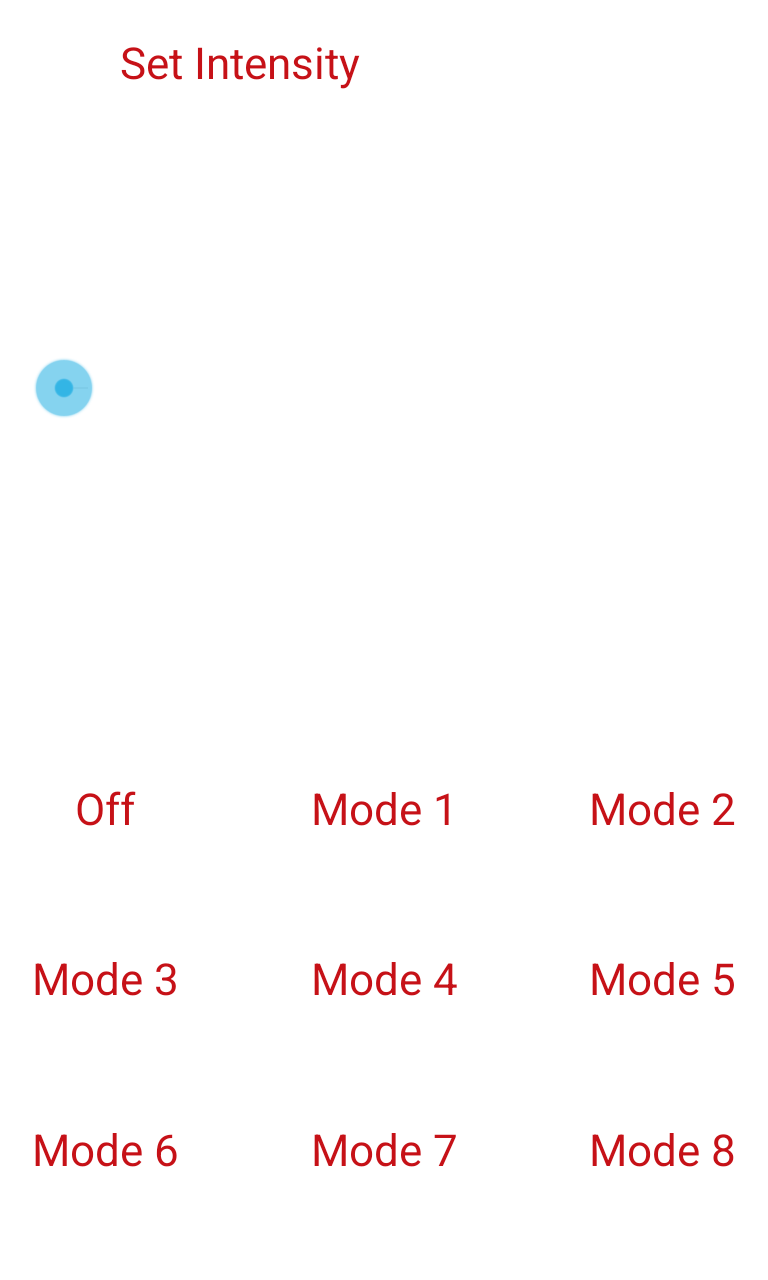
Repository: DigitasLabsParis/UnicornHorn
Layout: AndroidApp/UnicHorn/res/layout/activity_main.xml
The author's editor kept a copy of each file at every save. The layout is drawn from the files as they stood at one save, then again after the next save.
It is drawn on a 768 x 1280 px phone screen (xhdpi) without system bars, with theme AppTheme; the app's code is not run.

Above is the layout before, as saved 2015-01-06 15:38:36.

### AndroidApp/UnicHorn/res/layout/activity_main.xml
<RelativeLayout xmlns:android="http://schemas.android.com/apk/res/android"
    xmlns:tools="http://schemas.android.com/tools"
    android:layout_width="match_parent"
    android:layout_height="match_parent"
    android:paddingBottom="@dimen/activity_vertical_margin"
    android:paddingLeft="@dimen/activity_horizontal_margin"
    android:paddingRight="@dimen/activity_horizontal_margin"
    android:paddingTop="@dimen/activity_vertical_margin"
    tools:context="com.digitaslabsparis.unichorn.MainActivity" >

    <GridLayout
        android:layout_width="fill_parent"
        android:layout_height="200dp"
        android:layout_alignParentTop="true"
        android:columnCount="2"
    	android:rowCount="1" >

        <SeekBar
	        android:id="@+id/seekBar1"
	        android:layout_column="0"
            android:layout_row="0"
	        android:layout_marginTop="162dp" />

         <TextView
             android:id="@+id/textView0"
             android:layout_column="1"
             android:layout_row="0"
             android:gravity="center"
             android:text="Set Intensity"
             android:textAppearance="?android:attr/textAppearanceLarge"
             android:textColor="#C61117" />

    </GridLayout>

    <GridLayout
        android:layout_width="fill_parent"
        android:layout_height="200dp"
        android:layout_alignParentBottom="true"
        android:layout_centerHorizontal="true"
        android:layout_marginBottom="35dp"
        android:columnCount="3"
        android:rowCount="3" >

        <TextView
            android:id="@+id/textView1"
            android:layout_column="0"
            android:layout_gravity="fill"
            android:layout_row="0"
            android:gravity="center"
            android:text="Off"
            android:textAppearance="?android:attr/textAppearanceLarge"
            android:textColor="#C61117" />

        <TextView
            android:id="@+id/textView2"
            android:layout_column="1"
            android:layout_gravity="fill"
            android:layout_row="0"
            android:gravity="center"
            android:text="Mode 1"
            android:textAppearance="?android:attr/textAppearanceLarge"
            android:textColor="#C61117" />

        <TextView
            android:id="@+id/textView3"
            android:layout_column="2"
            android:layout_gravity="fill"
            android:layout_row="0"
            android:gravity="center"
            android:text="Mode 2"
            android:textAppearance="?android:attr/textAppearanceLarge"
            android:textColor="#C61117" />

        <TextView
            android:id="@+id/textView4"
            android:layout_column="0"
            android:layout_gravity="fill"
            android:layout_row="1"
            android:gravity="center"
            android:text="Mode 3"
            android:textAppearance="?android:attr/textAppearanceLarge"
            android:textColor="#C61117" />

        <TextView
            android:id="@+id/textView5"
            android:layout_column="1"
            android:layout_gravity="fill"
            android:layout_row="1"
            android:gravity="center"
            android:text="Mode 4"
            android:textAppearance="?android:attr/textAppearanceLarge"
            android:textColor="#C61117" />

        <TextView
            android:id="@+id/textView6"
            android:layout_column="2"
            android:layout_gravity="fill"
            android:layout_row="1"
            android:gravity="center"
            android:text="Mode 5"
            android:textAppearance="?android:attr/textAppearanceLarge"
            android:textColor="#C61117" />

        <TextView
            android:id="@+id/textView7"
            android:layout_column="0"
            android:layout_gravity="fill"
            android:layout_row="2"
            android:gravity="center"
            android:text="Mode 6"
            android:textAppearance="?android:attr/textAppearanceLarge"
            android:textColor="#C61117" />

        <TextView
            android:id="@+id/textView8"
            android:layout_column="1"
            android:layout_gravity="fill"
            android:layout_row="2"
            android:gravity="center"
            android:text="Mode 7"
            android:textAppearance="?android:attr/textAppearanceLarge"
            android:textColor="#C61117" />

        <TextView
            android:id="@+id/textView9"
            android:layout_column="2"
            android:layout_row="2"
            android:gravity="center"
            android:text="Mode 8"
            android:textAppearance="?android:attr/textAppearanceLarge"
            android:textColor="#C61117" />
    </GridLayout>

</RelativeLayout>

### AndroidApp/UnicHorn/res/values/styles.xml
<resources>

    <!--
        Base application theme, dependent on API level. This theme is replaced
        by AppBaseTheme from res/values-vXX/styles.xml on newer devices.
    -->
    <style name="AppBaseTheme" parent="android:Theme.Holo.Light.NoActionBar">
        <!--
            Theme customizations available in newer API levels can go in
            res/values-vXX/styles.xml, while customizations related to
            backward-compatibility can go here.
        -->
    </style>

    <!-- Application theme. -->
    <style name="AppTheme" parent="AppBaseTheme">
        <!-- All customizations that are NOT specific to a particular API-level can go here. -->

    </style>

</resources>

### AndroidApp/UnicHorn/res/values/dimens.xml
<resources>

    <!-- Default screen margins, per the Android Design guidelines. -->
    <dimen name="activity_horizontal_margin">16dp</dimen>
    <dimen name="activity_vertical_margin">16dp</dimen>
	<dimen name="bluetooth_spp_text_size">18sp</dimen>
    <dimen name="bluetooth_spp_padding">5dp</dimen>
</resources>

After the next save:
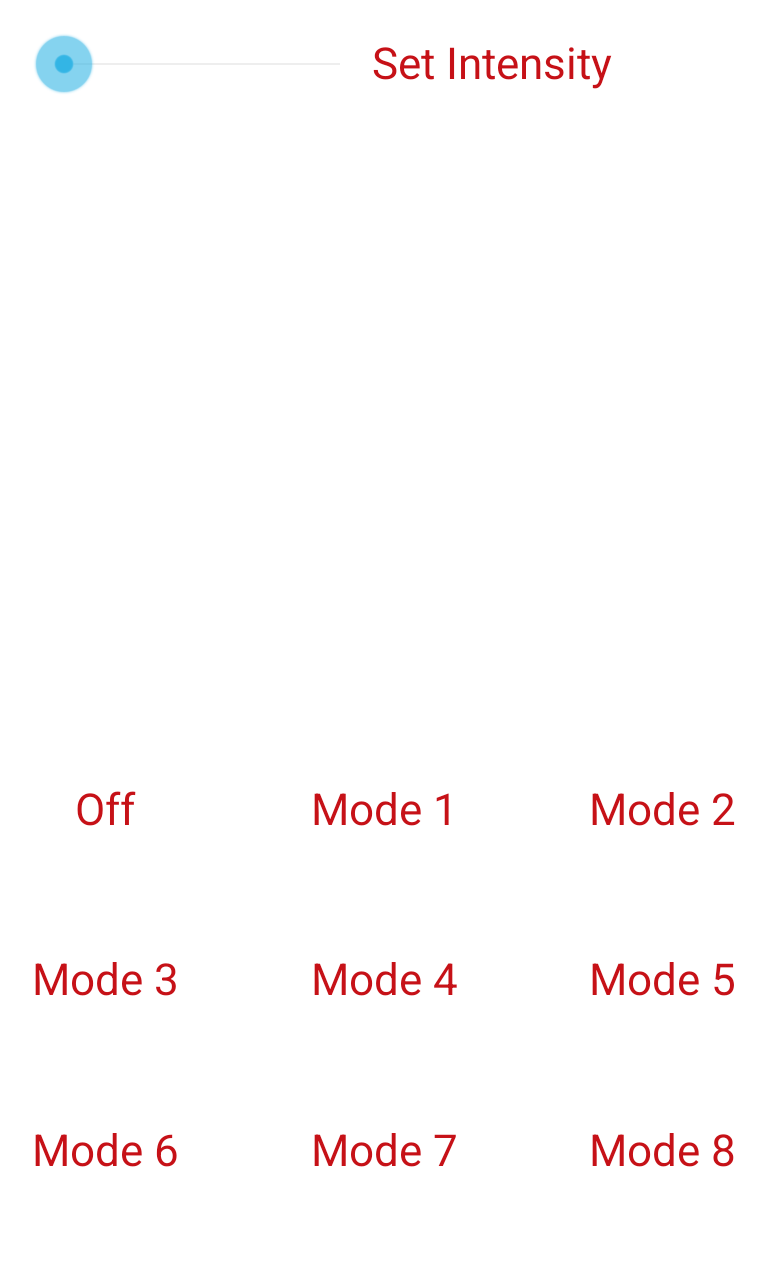
Saved 45 s later.
--- a/AndroidApp/UnicHorn/res/layout/activity_main.xml
+++ b/AndroidApp/UnicHorn/res/layout/activity_main.xml
@@ -16,14 +16,15 @@
     	android:rowCount="1" >
 
         <SeekBar
-	        android:id="@+id/seekBar1"
-	        android:layout_column="0"
-            android:layout_row="0"
-	        android:layout_marginTop="162dp" />
+            android:id="@+id/seekBar1"
+            android:layout_width="170dp"
+            android:layout_column="0"
+            android:layout_row="0" />
 
          <TextView
              android:id="@+id/textView0"
              android:layout_column="1"
+             android:layout_gravity="left|top"
              android:layout_row="0"
              android:gravity="center"
              android:text="Set Intensity"
